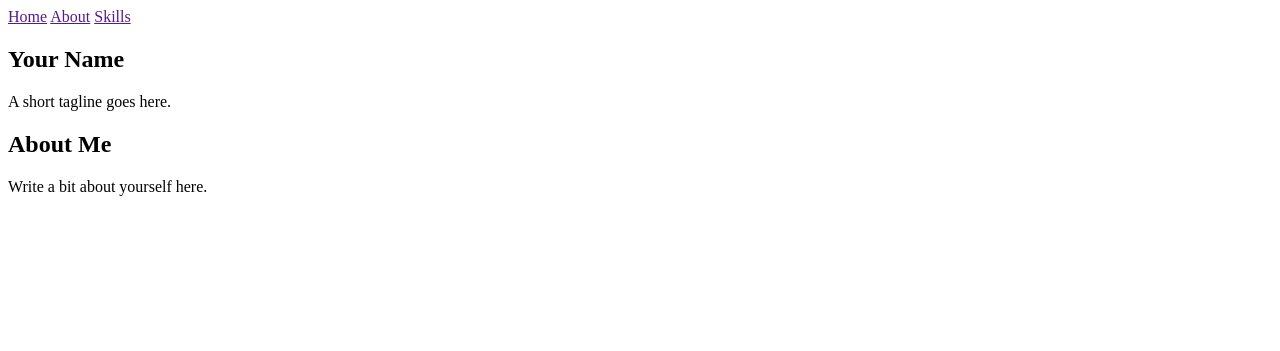
Repository: ofcoy/ofcoy
Page: index.html
An editor plug-in stored every save of this project. The page is shown before and after the next save, followed by the edit.
The browser window is 1280 px wide. The pictures show the whole page.

Above is the page before, as saved 2026-04-22 13:46:16.
Not found: global.css

After the next save:
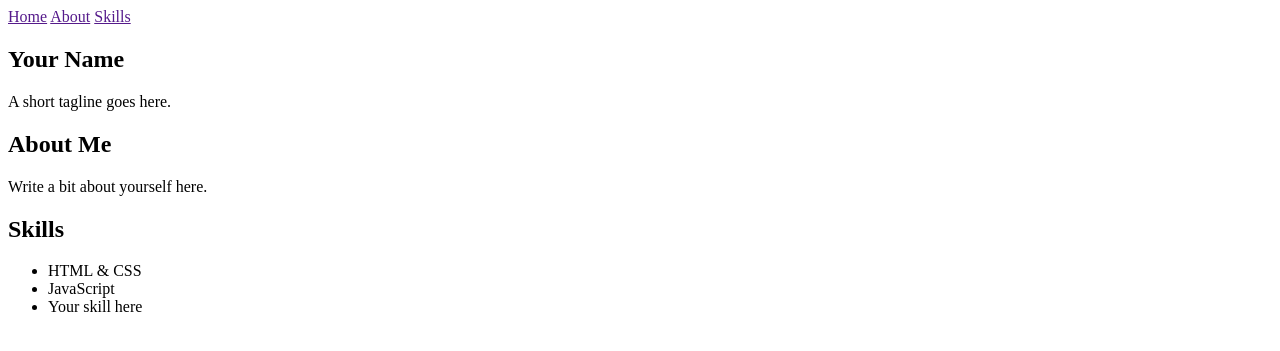
Saved 9 s later.
--- a/index.html
+++ b/index.html
@@ -21,6 +21,14 @@
       <h2>About Me</h2>
       <p>Write a bit about yourself here.</p>
     </section>
+    <section id="skills">
+      <h2>Skills</h2>
+      <ul>
+        <li>HTML & CSS</li>
+        <li>JavaScript</li>
+        <li>Your skill here</li>
+      </ul>
+    </section>
     <h1></h1>
   </body>
 </html>
